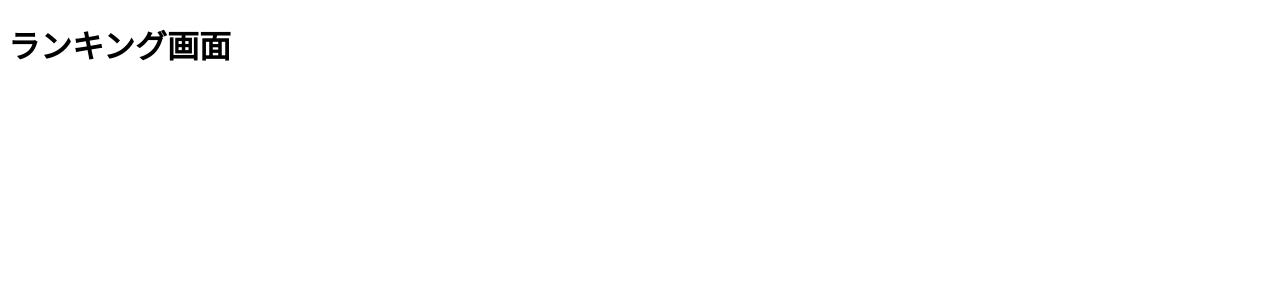
Repository: yamada-qq/blackjack
Page: http://localhost/blackjack/RankingScreen.jsp
These files come from the project's save history. The page is drawn as it stood at one moment and after the next save; the edit follows.
The browser window is 1280 px wide. The pictures show the whole page.
The page is served by Tomcat 9. Other server files are loaded and not shown.

Above is the page before, as saved 2024-11-25 00:39:48.

### blackjack/blackjack/src/main/webapp/RankingScreen.jsp
<%@ page language="java" contentType="text/html; charset=UTF-8"
    pageEncoding="UTF-8"%>
<!DOCTYPE html>
<html lang="ja">
<head>
<meta charset="UTF-8">
<title>Insert title here</title>
</head>
<body>
<h1>ランキング画面</h1>

</body>
</html>

After the next save:
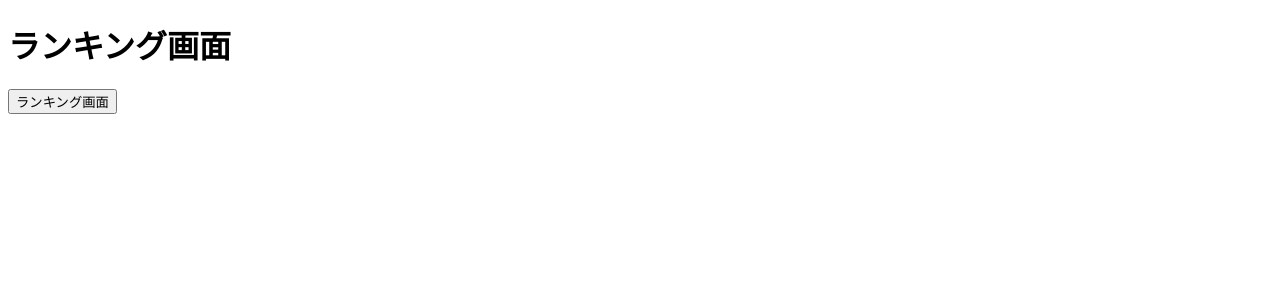
Saved 85 s later.
--- a/blackjack/blackjack/src/main/webapp/RankingScreen.jsp
+++ b/blackjack/blackjack/src/main/webapp/RankingScreen.jsp
@@ -1,5 +1,5 @@
 <%@ page language="java" contentType="text/html; charset=UTF-8"
-    pageEncoding="UTF-8"%>
+	pageEncoding="UTF-8"%>
 <!DOCTYPE html>
 <html lang="ja">
 <head>
@@ -7,7 +7,9 @@
 <title>Insert title here</title>
 </head>
 <body>
-<h1>ランキング画面</h1>
-
+	<h1>ランキング画面</h1>
+	<form action="Menu.jsp" method="post">
+		<input type="submit" value="ランキング画面">
+	</form>
 </body>
 </html>
